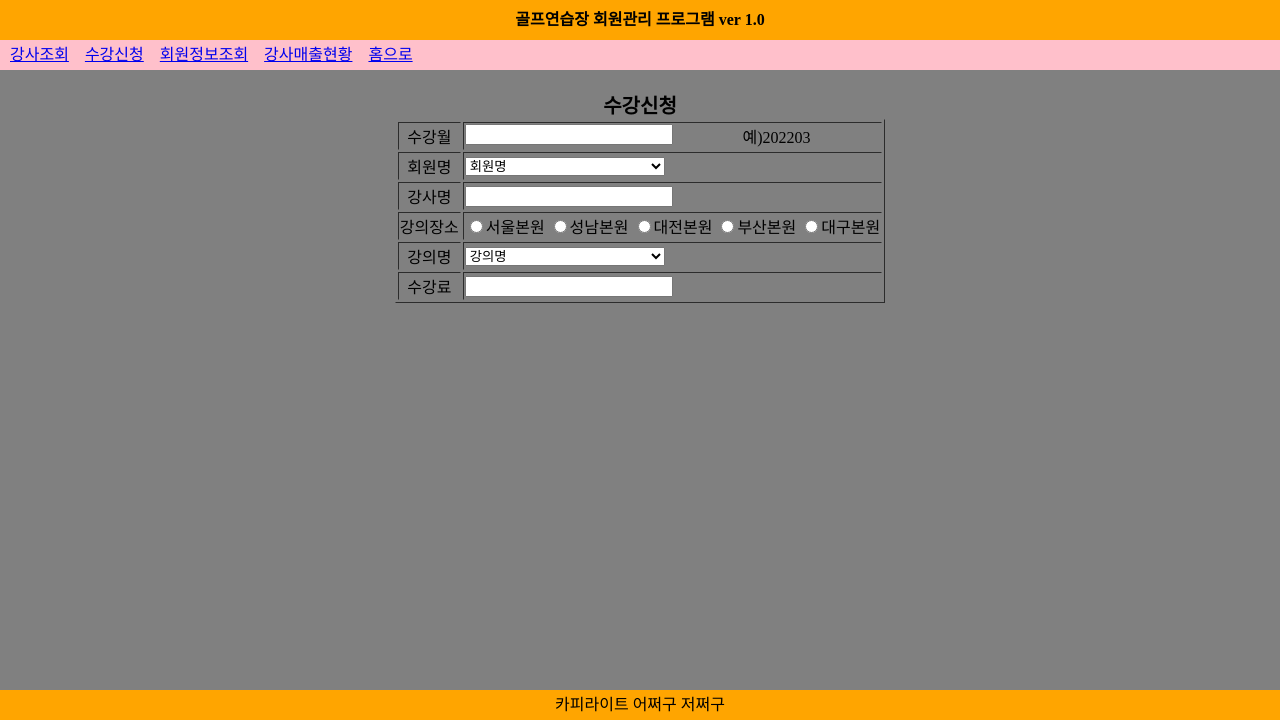
Repository: wjdwlgns1101/school_hrd
Page: http://localhost/hrd_30111_1_/insert.jsp
These files come from the project's save history. The page is drawn as it stood at one moment and after the next save; the edit follows.
The browser window is 1280 px wide. The pictures show the whole page.
The page is served by Tomcat 9. The database holds what the project's SQL file puts in it.

Above is the page before, as saved 2024-05-12 11:53:56.

After the next save:
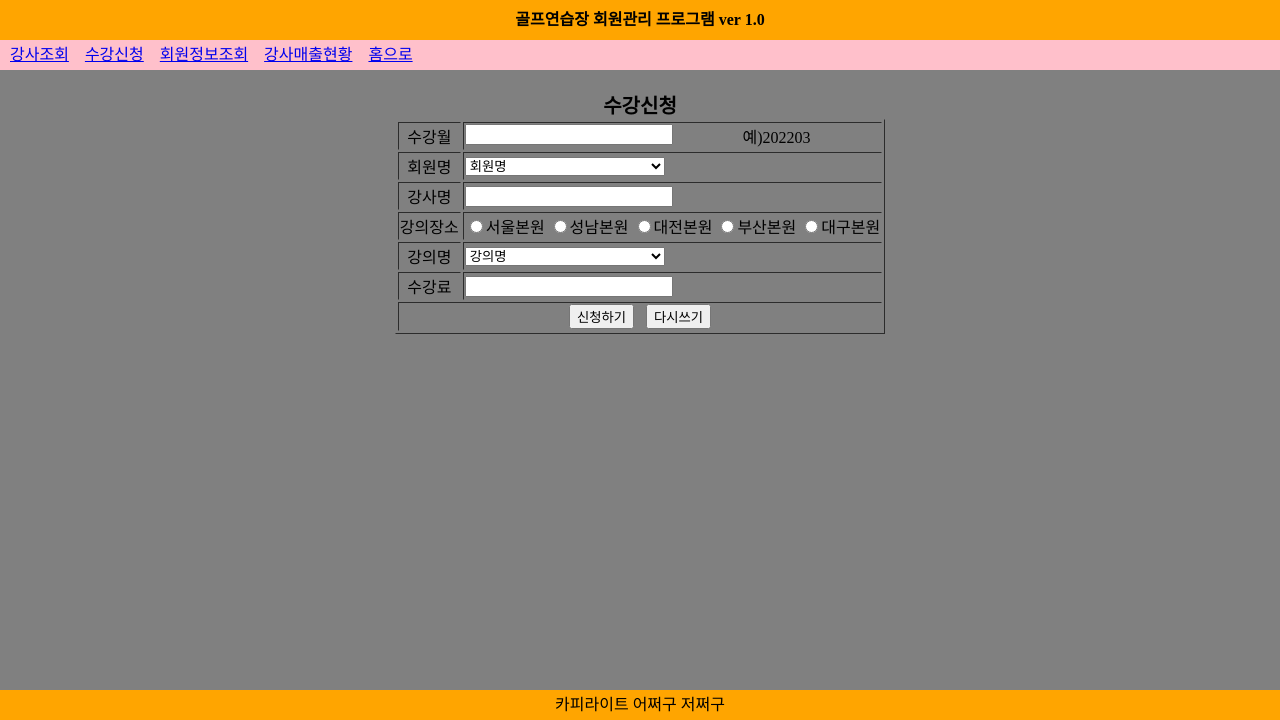
Saved 2 min 26 s later.
--- a/hrd_30111_(1)/hrd_30111(1)/src/main/webapp/insert.jsp
+++ b/hrd_30111_(1)/hrd_30111(1)/src/main/webapp/insert.jsp
@@ -75,6 +75,17 @@
 
 
 </tr>
+<tr>
+	<td colspan="2">
+		<input type="button" value="신청하기" onclick="add()"> &nbsp;
+		<input type="button" value="다시쓰기" onclick="res()">
+
+
+	</td>
+
+</tr>
+
+
 
 
 
